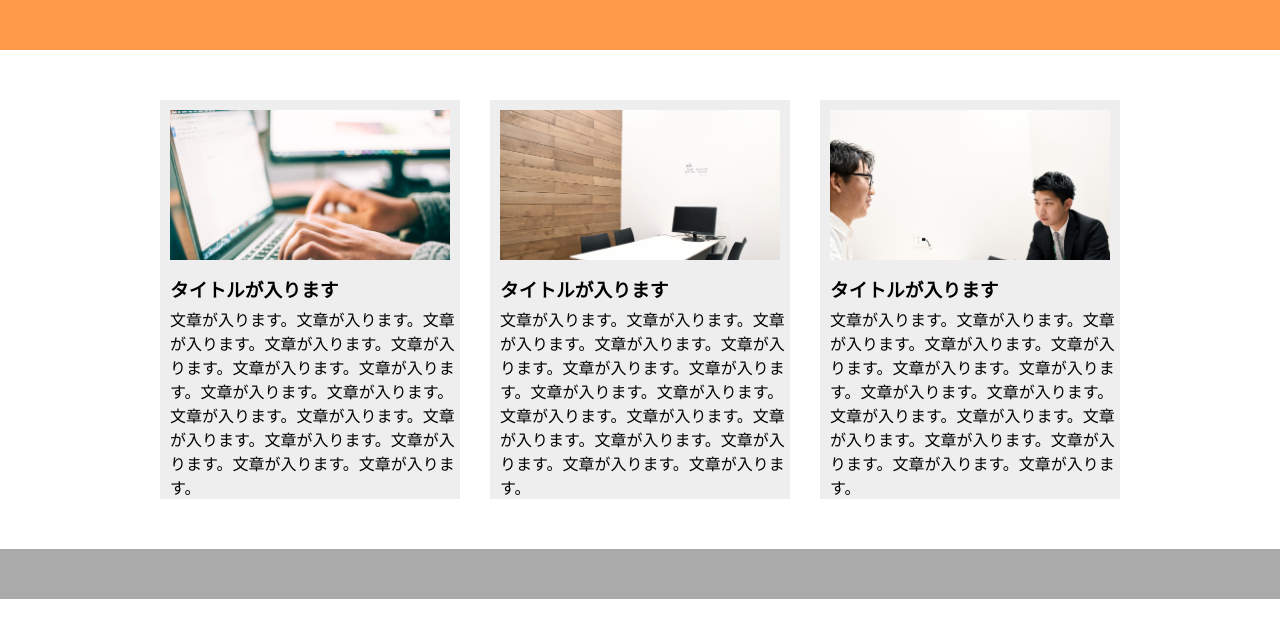
Repository: obm48er/all
Page: ennsyuu/演習問題９/index.html
The author's editor kept a record of every edit. The page is drawn from the files as they stood at one moment, then again after the next edit.
The browser window is 1280 px wide. The pictures show the whole page.

Above is the page before.

### ennsyuu/演習問題９/index.html
<!DOCTYPE html>
<html lang="ja">
  <head>
    <meta charset="UTF-8" />


    <link rel="stylesheet" href="style.css" />
    <title>CARAVAN</title>
  </head>
  <body>
    <header>

    </header>
    <main>
      <div class="box1">
        <div class="box-image box-image1"></div>
        <h3 class="text-title">タイトルが入ります</h3>
        <p class="text">文章が入ります。文章が入ります。文章が入ります。文章が入ります。文章が入ります。文章が入ります。文章が入ります。文章が入ります。文章が入ります。文章が入ります。文章が入ります。文章が入ります。文章が入ります。文章が入ります。文章が入ります。文章が入ります。</p>
      </div>
      <div class="box1">
        <div class="box-image box-image2"></div>
        <h3 class="text-title">タイトルが入ります</h3>
        <p class="text">文章が入ります。文章が入ります。文章が入ります。文章が入ります。文章が入ります。文章が入ります。文章が入ります。文章が入ります。文章が入ります。文章が入ります。文章が入ります。文章が入ります。文章が入ります。文章が入ります。文章が入ります。文章が入ります。</p>
      </div>
      <div class="box1">
        <div class="box-image box-image3"></div>
        <h3 class="text-title">タイトルが入ります</h3>
        <p class="text">文章が入ります。文章が入ります。文章が入ります。文章が入ります。文章が入ります。文章が入ります。文章が入ります。文章が入ります。文章が入ります。文章が入ります。文章が入ります。文章が入ります。文章が入ります。文章が入ります。文章が入ります。文章が入ります。</p>
      </div>
    </main>

  </body>
  <footer>

  </footer>

### ennsyuu/演習問題９/style.css
* {
  margin: 0;
  padding: 0;
  box-sizing: border-box;
}

header{
  height: 50px;
  background-color: #FF9A4B;
}
main{
  width: 960px;
  display:flex;
  justify-content:center;
  margin: 0 auto;
}
.step{
  position: absolute;
  top: 0;
  left: 0;
  background-color: #ff9a4b;
  color: #fff;
}
.box1{
  width: 300px;
  margin: 50px 0 ;
  background-color: #EEEEEE;
  margin-right: 30px;
  position: relative;
}
.box1:last-child{
  margin-right: 0;
}
.box-image{
  background-size: cover;
  height: 150px;
  margin:10px 10px 0 10px;
}
.box-image1{
  background-image: url(img/flow01.png)
}
.box-image2{
  background-image: url(img/flow02.png)
}
.box-image3{
  background-image: url(img/flow03.png)
}

.text-title{
  padding: 15px 0 5px 10px;
}
.text{
  margin-left: 10px;
}



footer{
  height: 50px;
  background-color: #AAAAAA;
}


@media screen and (max-width:768px) {

  main{
    width: 100%;
    margin: 50px 0;
    display:block;
  }

  .box1{
  width: 90%;
  margin:auto;
  background-color: #EEEEEE;
  margin-bottom:20px;
  position: relative;
  }
  .box1:last-child{
  margin-bottom: 0;
  margin: auto;
  }
}

After the next edit:
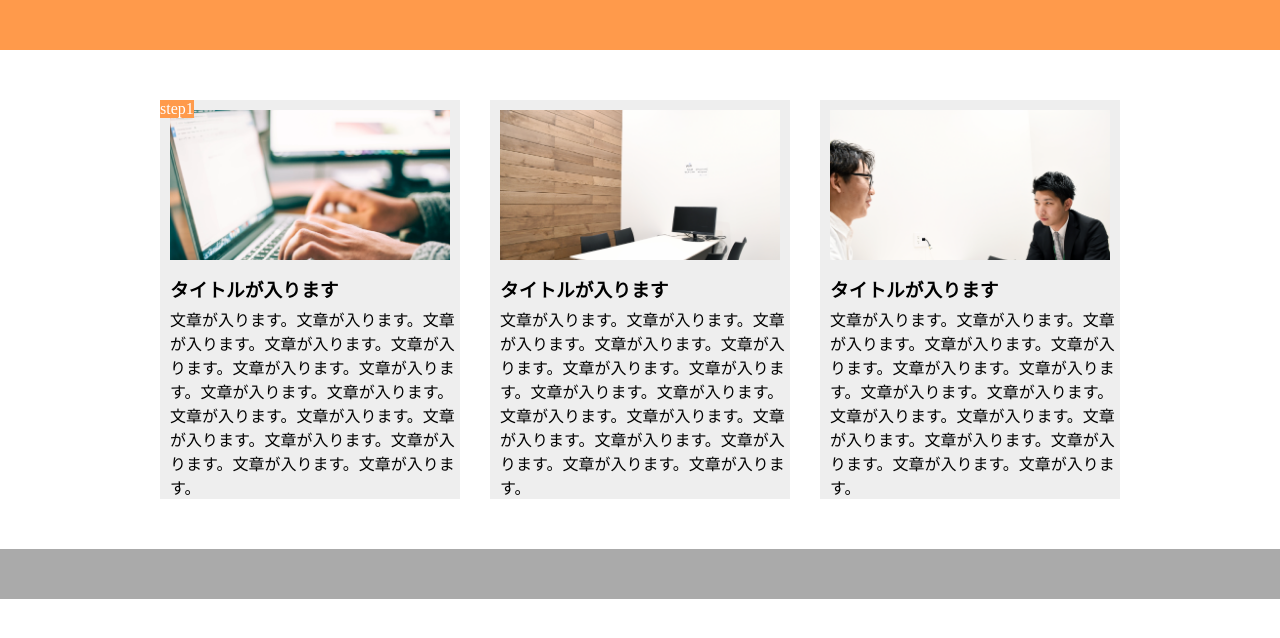
The edit:
--- a/ennsyuu/演習問題９/index.html
+++ b/ennsyuu/演習問題９/index.html
@@ -13,6 +13,7 @@
     </header>
     <main>
       <div class="box1">
+        <span class="step">step1</span>
         <div class="box-image box-image1"></div>
         <h3 class="text-title">タイトルが入ります</h3>
         <p class="text">文章が入ります。文章が入ります。文章が入ります。文章が入ります。文章が入ります。文章が入ります。文章が入ります。文章が入ります。文章が入ります。文章が入ります。文章が入ります。文章が入ります。文章が入ります。文章が入ります。文章が入ります。文章が入ります。</p>
